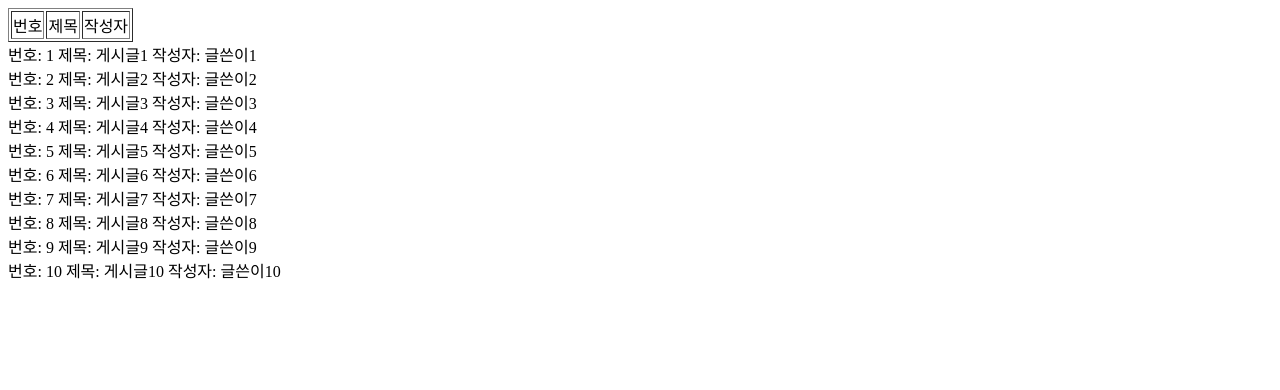
Repository: Luho0113/SpringBootStudy
Page: http://localhost/web/list.jsp
These files come from the project's save history. The page is drawn as it stood at one moment and after the next save; the edit follows.
The browser window is 1280 px wide. The pictures show the whole page.
The page is served by Tomcat 9. Other server files are loaded and not shown.

Above is the page before, as saved 2023-05-03 03:10:42.

### web/src/main/webapp/list.jsp
<%@ page language="java" contentType="text/html; charset=UTF-8"
    pageEncoding="UTF-8"%>
<%@page import="java.util.HashMap"%>
<%@page import="java.util.ArrayList"%>
<%@page import="java.util.Map"%>
<%@page import="java.util.List"%>


<%
List<Map<String,String>> list = new ArrayList<>();

for(int i=1;i<=10;i++){
   Map<String,String> board = new HashMap<>();
   board.put("bi_num","" + i);
   board.put("bi_title","게시글" + i);
   board.put("bi_writer","글쓴이" + i);
   list.add(board);
}

%>
<!DOCTYPE html>
<html>
<head>
<meta charset="UTF-8">
<title>List</title>
</head>
<body>
<table border="1">
<tr>
	<td>번호</td>
	<td>제목</td>
	<td>작성자</td>
</tr>
</table>
<%
for(Map<String, String> map : list){
	out.println("번호: " + map.get("bi_num"));
	out.println("제목: " + map.get("bi_title"));
	out.println("작성자: " + map.get("bi_writer"));
	out.println("<br>");
}
%>
</body>
</html>

After the next save:
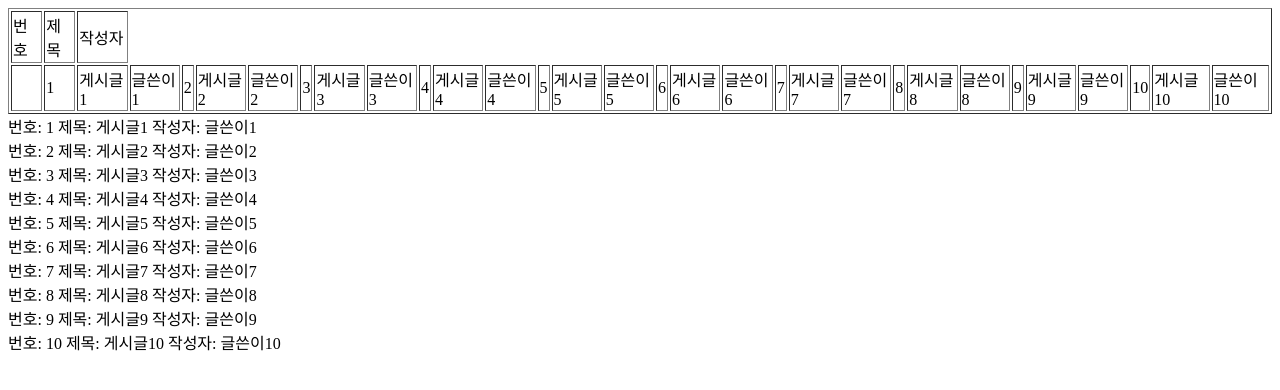
Saved 3 min 22 s later.
--- a/web/src/main/webapp/list.jsp
+++ b/web/src/main/webapp/list.jsp
@@ -31,6 +31,23 @@ for(int i=1;i<=10;i++){
 	<td>제목</td>
 	<td>작성자</td>
 </tr>
+<tr>
+	<td>
+		<% for(Map<String, String> map : list){
+		%>
+		<td>
+			<% out.println(map.get("bi_num")); %>
+		</td>
+		<td>
+			<% out.println(map.get("bi_title")); %>
+		</td>
+		<td>
+			<% out.println(map.get("bi_writer")); %>
+		</td>
+		<%}
+		%>
+	</td>
+</tr>
 </table>
 <%
 for(Map<String, String> map : list){
